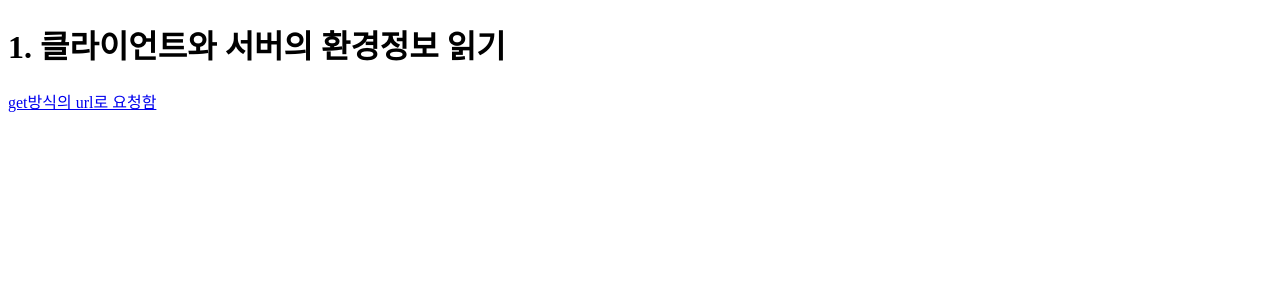
Repository: AHJ2616/Java
Page: http://localhost/board-jsp/02ImplicitObject/RequestMain.jsp
These files come from the project's save history. The page is drawn as it stood at one moment and after the next save; the edit follows.
The browser window is 1280 px wide. The pictures show the whole page.
The page is served by Tomcat 9. Other server files are loaded and not shown.

Above is the page before, as saved 2024-07-22 06:47:52.

### jsp_workspace/board-jsp/src/main/webapp/02ImplicitObject/RequestMain.jsp
<%@ page language="java" contentType="text/html; charset=UTF-8"
    pageEncoding="UTF-8"%>
<!DOCTYPE html><html><head><meta charset="UTF-8"><title>RequestMain.jsp : 요청에 대한 처리를 담당</title></head>
<body>
	<!-- request는 클라이언트(고객)가 값을 요청할 때 처리되는 내장된 메모리 영역 -->
	<!-- 메서드는 2개가 있는데 get방식, post방식 이 있다. -->
	<!-- get방식은 url을 통해서 요청하는 방법 : 가볍다, 보안상 좋지 않다. -->
	<!-- post방식은 body를 통해서 요청하는 방법 : 보안상 좋고, 대용량 처리가 가능, 무겁다. -->

	<h1> 1. 클라이언트와 서버의 환경정보 읽기 </h1>
	<a href="./RequestWebInfo.jsp?eng=hello&han=안녕">get방식의 url로 요청함</a>
	<br>

</body>
</html>

After the next save:
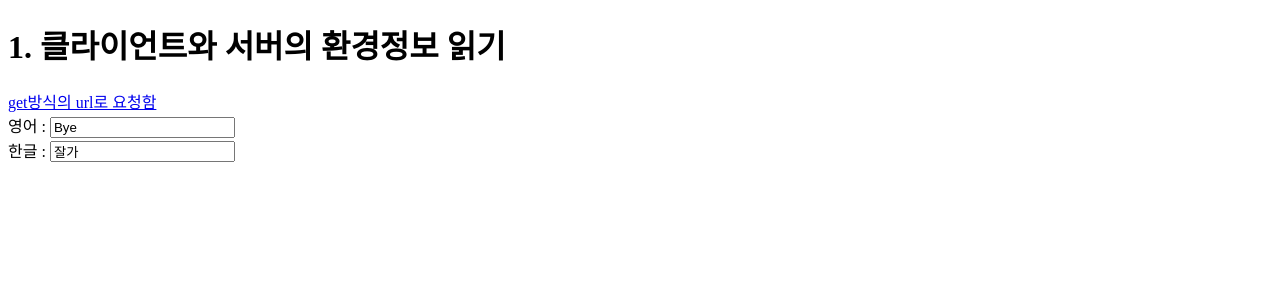
Saved 4 min 12 s later.
--- a/jsp_workspace/board-jsp/src/main/webapp/02ImplicitObject/RequestMain.jsp
+++ b/jsp_workspace/board-jsp/src/main/webapp/02ImplicitObject/RequestMain.jsp
@@ -8,8 +8,13 @@
 	<!-- post방식은 body를 통해서 요청하는 방법 : 보안상 좋고, 대용량 처리가 가능, 무겁다. -->
 
 	<h1> 1. 클라이언트와 서버의 환경정보 읽기 </h1>
-	<a href="./RequestWebInfo.jsp?eng=hello&han=안녕">get방식의 url로 요청함</a>
+	<a href="./RequestWebInfo.jsp?eng=hello&han=안녕"> get방식의 url로 요청함</a>
 	<br>
+
+	<form action="RequestWebInfo.jsp" method="get">
+	영어 : <input type="text" name="eng" value="Bye" /><br>
+	한글 : <input type="text" name="kor" value="잘가" /><br>
+	</form>
 
 </body>
 </html>
